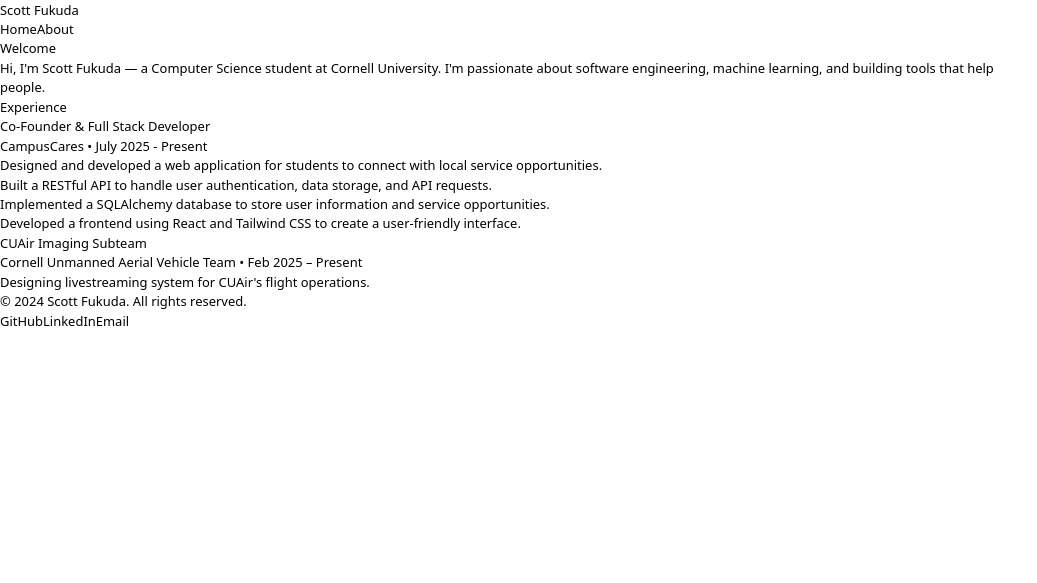
Repository: Scott-Fukuda/personalWebsite
Page: /
The author's editor kept a copy of each file at every save. The page is drawn from the files as they stood at one save, then again after the next save.
The browser window is 1280 px wide. The pictures show the whole page, at 81% of full size.
The project was rebuilt for these pictures with package versions that can differ from the ones it lists, and the page was loaded fresh each time. Some packages were replaced by stand-ins written for this rebuild. Also part of the build but not shown: vite.config.js, src/pages/About.jsx.

Above is the page before, as saved 2025-08-27 17:42:54.

After the next save:
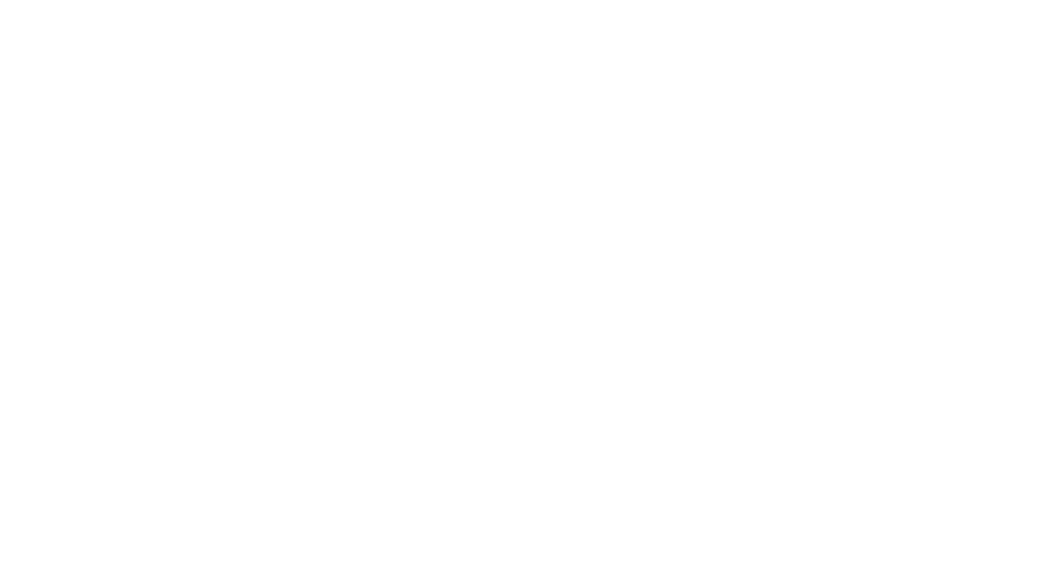
Console error: TypeError: Cannot read properties of undefined (reading 'map')
Saved 14 s later.
--- a/src/pages/Home.jsx
+++ b/src/pages/Home.jsx
@@ -1,13 +1,25 @@
+import ProjectCard from "../components/ProjectCard";
+import { projects } from "../data/projects";
 import { experiences } from "../data/experiences";
 
 export default function Home() {
   return (
     <div className="max-w-5xl mx-auto p-6">
-      <h1 className="text-4xl font-bold mb-6">Welcome</h1>
-      <p className="text-lg mb-8">
-        Hi, I'm <span className="font-semibold">Scott Fukuda</span> — a Computer Science student at Cornell University.
-        I'm passionate about software engineering, machine learning, and building tools that help people.
-      </p>
+      {/* Hero section with profile image */}
+      <div className="text-center mb-12">
+        <div className="flex justify-center mb-6">
+          <img
+            src="/images/profile.png"
+            alt="Scott Fukuda"
+            className="w-40 h-40 rounded-full object-cover shadow-xl border-4 border-blue-500"
+          />
+        </div>
+        <h1 className="text-4xl font-bold mb-6">Welcome</h1>
+        <p className="text-lg mb-8 max-w-3xl mx-auto">
+          Hi, I'm <span className="font-semibold text-blue-600 dark:text-blue-400">Scott Fukuda</span> — a Computer Science student at Cornell University.
+          I'm passionate about software engineering, machine learning, and building tools that help people.
+        </p>
+      </div>
 
       <h2 className="text-2xl font-semibold mb-6">Experience</h2>
       <div className="space-y-6">
@@ -23,6 +35,13 @@
           </div>
         ))}
       </div>
+
+      <h2 className="text-2xl font-semibold mb-4">Featured Projects</h2>
+      <div className="grid md:grid-cols-2 gap-6">
+        {projects.map((p, i) => (
+          <ProjectCard key={i} {...p} />
+        ))}
+      </div>
     </div>
   );
 }

After the 2 saves that followed:
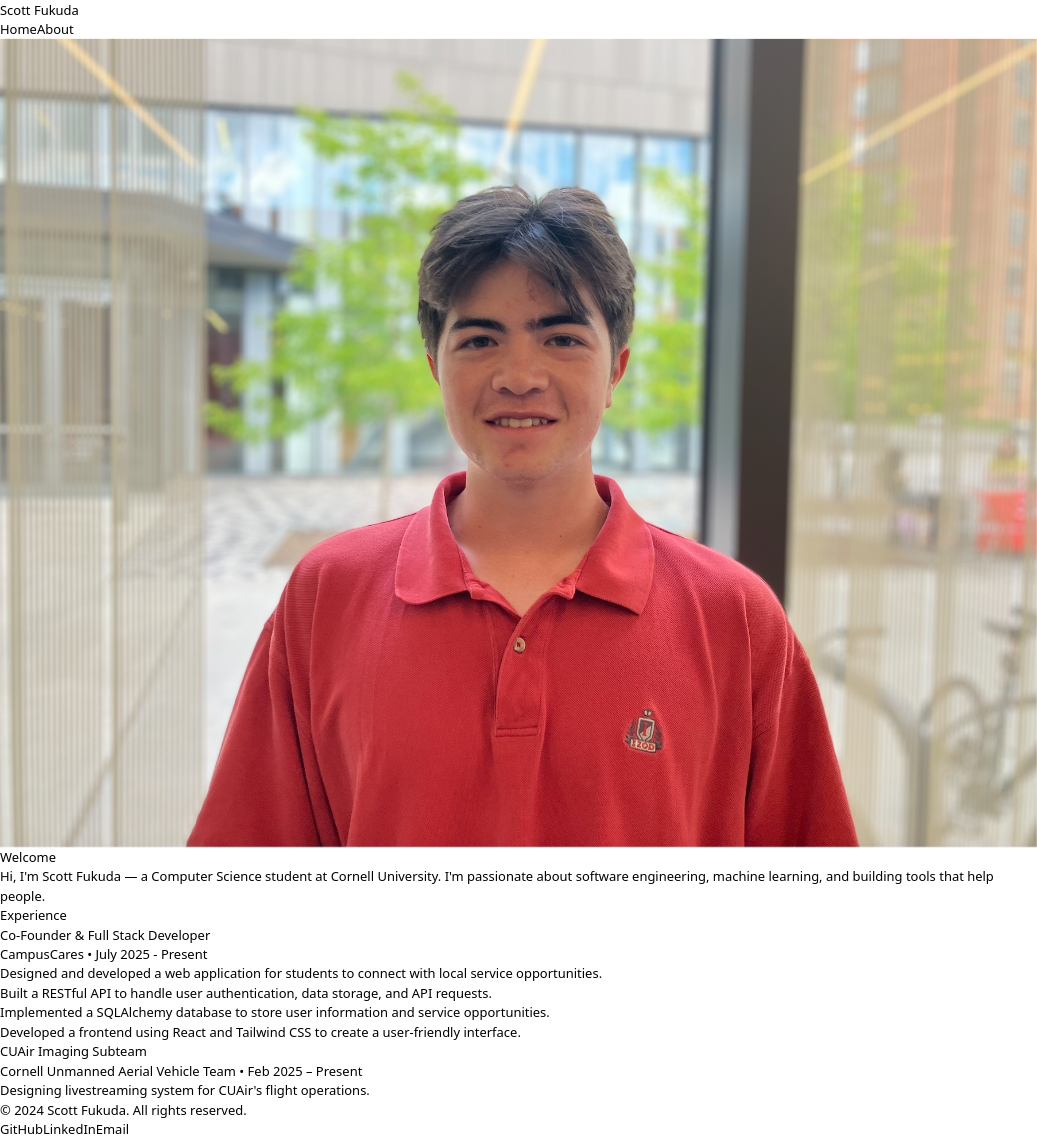
The error is gone.
The 2 saves are shown as one change because 1 left the picture as it was.
The last was saved 19 s later.
--- a/src/pages/Home.jsx
+++ b/src/pages/Home.jsx
@@ -1,5 +1,3 @@
-import ProjectCard from "../components/ProjectCard";
-import { projects } from "../data/projects";
 import { experiences } from "../data/experiences";
 
 export default function Home() {
@@ -35,13 +33,6 @@
           </div>
         ))}
       </div>
-
-      <h2 className="text-2xl font-semibold mb-4">Featured Projects</h2>
-      <div className="grid md:grid-cols-2 gap-6">
-        {projects.map((p, i) => (
-          <ProjectCard key={i} {...p} />
-        ))}
-      </div>
     </div>
   );
 }
